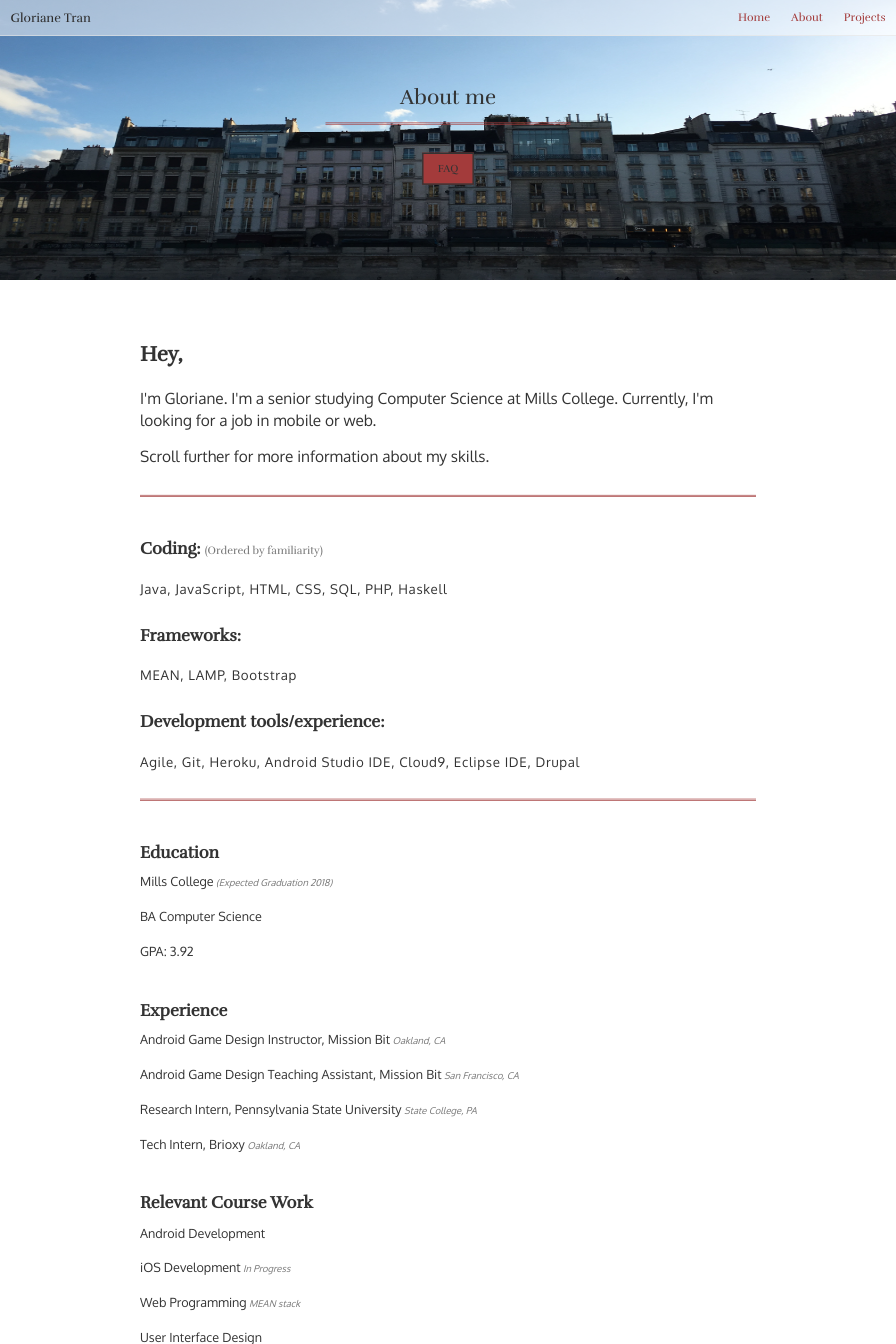
Repository: glorianetran/gloriane-web
Page: http://localhost/about
The author's editor kept a record of every edit. The page is drawn from the files as they stood at one moment, then again after the next edit.
The browser window is 1280 px wide. The pictures show the part of the page from y = 0 to 1920 px (the page is 2679 px tall), at 70% of full size.
Some web libraries are served in a nearby version. The page is served by the project's Node server (app.js).

Above is the page before.

After the next edit:
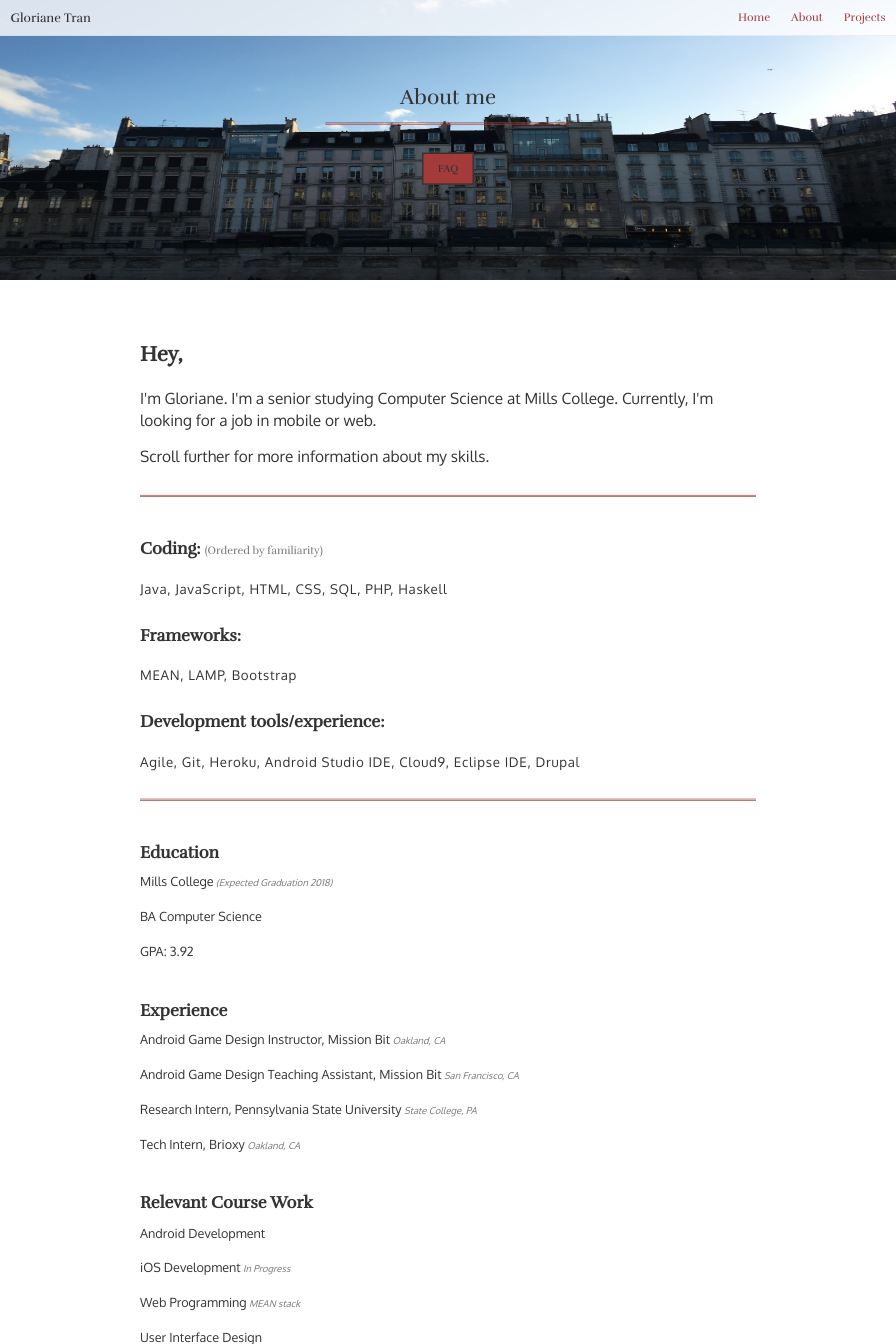
The edit:
--- a/public/stylesheets/nav.css
+++ b/public/stylesheets/nav.css
@@ -14,7 +14,7 @@
 }
 
 .navbar-default {
-    background-color: RGBA(255, 255, 255, .5);
+    background-color: RGBA(255, 255, 255, .8);
     border-color: #E7E7E7;
 }
 
